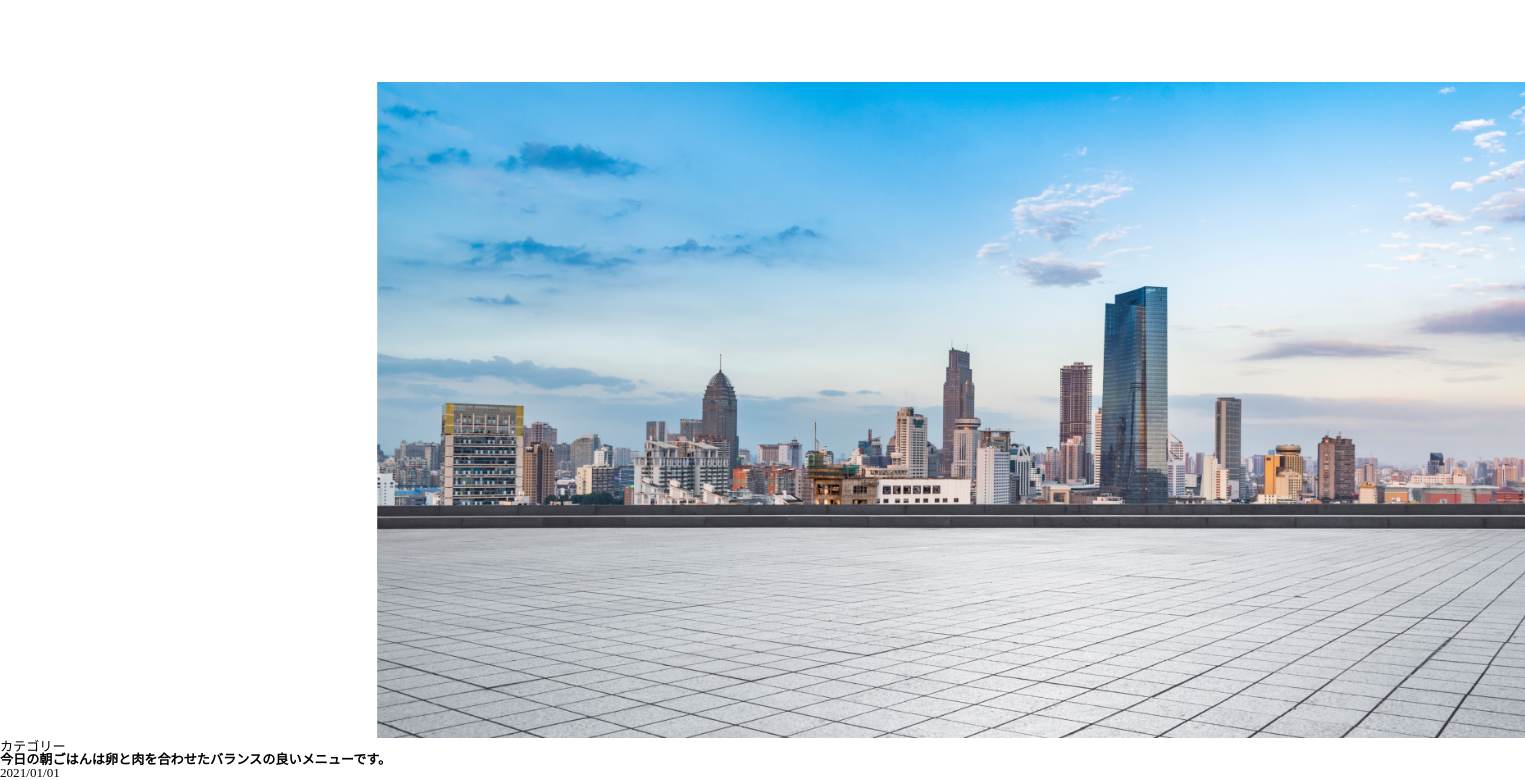
Repository: yosuke257/20231104_watanabe_css
Page: coachtech/html-css/index.html
The author's editor kept a copy of each file at every save. The page is drawn from the files as they stood at one save, then again after the next save.
The browser window is 1280 px wide. The page is 1860 px wide, then 1385 px, so the pictures cover 1860 px, including what lies to the right of the window. The pictures show the whole page, at 82% of full size.

Above is the page before, as saved 2023-10-23 00:02:03.

### coachtech/html-css/index.html
<!DOCTYPE html>
<html lang="ja">

<head>
    <meta charset="UTF-8">
    <meta name="viewport" content="width=device-width, initial-scale=1.0">
    <title>Document</title>
    <link rel="stylesheet" href="css/style.css" />
    <link rel="stylesheet" href="css/reset.css" />
</head>

<body>
    <div class="card">
        <div class="card__img">
            <img src="img/mv.png" alt="">
        </div>
    </div>

    <div class="card__content">
        <div class="card__content-cat">カテゴリー</div>
        <h2 class="card__content-ttl">
            今日の朝ごはんは卵と肉を合わせたバランスの良いメニューです。
        </h2>
        <div class="card__content-tag">
            <p class="card__content-tag-item"></p>
            <p class="card__content-tag-item card__content-tag-item--last">2021/01/01</p>
        </div>
    </div>
</body>

</html>

### coachtech/html-css/css/style.css
.card {
    width: 360px;
    margin: 100px auto 0;
}

### coachtech/html-css/css/reset.css
 /*
html5doctor.com Reset Stylesheet
v1.6.1
Last Updated: 2010-09-17
Author: Richard Clark - http://richclarkdesign.com
Twitter: @rich_clark
*/

 html,
 body,
 div,
 span,
 object,
 iframe,
 h1,
 h2,
 h3,
 h4,
 h5,
 h6,
 p,
 blockquote,
 pre,
 abbr,
 address,
 cite,
 code,
 del,
 dfn,
 em,
 img,
 ins,
 kbd,
 q,
 samp,
 small,
 strong,
 sub,
 sup,
 var,
 b,
 i,
 dl,
 dt,
 dd,
 ol,
 ul,
 li,
 fieldset,
 form,
 label,
 legend,
 table,
 caption,
 tbody,
 tfoot,
 thead,
 tr,
 th,
 td,
 article,
 aside,
 canvas,
 details,
 figcaption,
 figure,
 footer,
 header,
 hgroup,
 menu,
 nav,
 section,
 summary,
 time,
 mark,
 audio,
 video {
     margin: 0;
     padding: 0;
     border: 0;
     outline: 0;
     font-size: 100%;
     vertical-align: baseline;
     background: transparent;
 }

 body {
     line-height: 1;
 }

 article,
 aside,
 details,
 figcaption,
 figure,
 footer,
 header,
 hgroup,
 menu,
 nav,
 section {
     display: block;
 }

 nav ul {
     list-style: none;
 }

 blockquote,
 q {
     quotes: none;
 }

 blockquote:before,
 blockquote:after,
 q:before,
 q:after {
     content: '';
     content: none;
 }

 a {
     margin: 0;
     padding: 0;
     font-size: 100%;
     vertical-align: baseline;
     background: transparent;
 }

 /* change colours to suit your needs */
 ins {
     background-color: #ff9;
     color: #000;
     text-decoration: none;
 }

 /* change colours to suit your needs */
 mark {
     background-color: #ff9;
     color: #000;
     font-style: italic;
     font-weight: bold;
 }

 del {
     text-decoration: line-through;
 }

 abbr[title],
 dfn[title] {
     border-bottom: 1px dotted;
     cursor: help;
 }

 table {
     border-collapse: collapse;
     border-spacing: 0;
 }

 /* change border colour to suit your needs */
 hr {
     display: block;
     height: 1px;
     border: 0;
     border-top: 1px solid #cccccc;
     margin: 1em 0;
     padding: 0;
 }

 input,
 select {
     vertical-align: middle;
 }

After the next save:
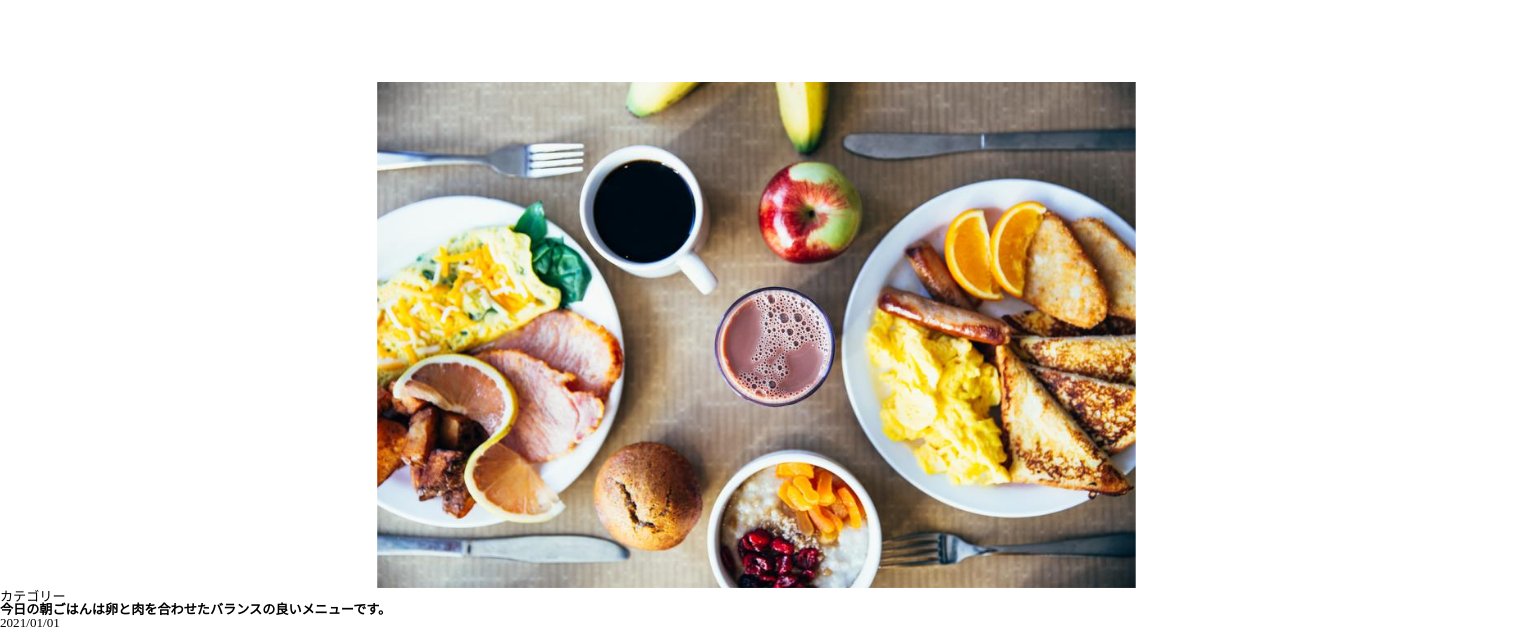
Saved 2 min 6 s later.
--- a/coachtech/html-css/index.html
+++ b/coachtech/html-css/index.html
@@ -12,7 +12,7 @@
 <body>
     <div class="card">
         <div class="card__img">
-            <img src="img/mv.png" alt="">
+            <img src="img/card.jpg" alt="">
         </div>
     </div>
 
